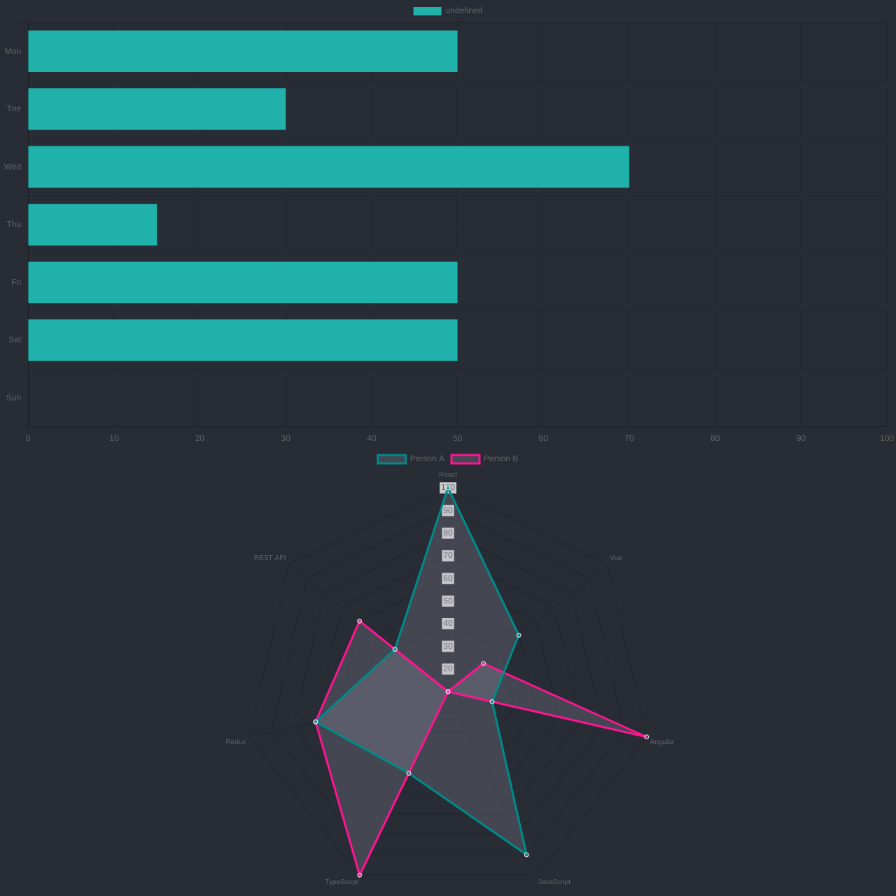
Repository: ShunsukeTanizaki/COVID19-Live
Page: /
An editor plug-in stored every save of this project. The page is shown before and after the next save, followed by the edit.
The browser window is 1280 px wide. The pictures show the part of the page from y = 2560 to 4480 px (the page is 3840 px tall before and 4480 px after), at 70% of full size.
The project was rebuilt for these pictures with package versions that can differ from the ones it lists, and the page was loaded fresh each time.

Above is the page before, as saved 2020-11-06 00:51:37.

After the next save:
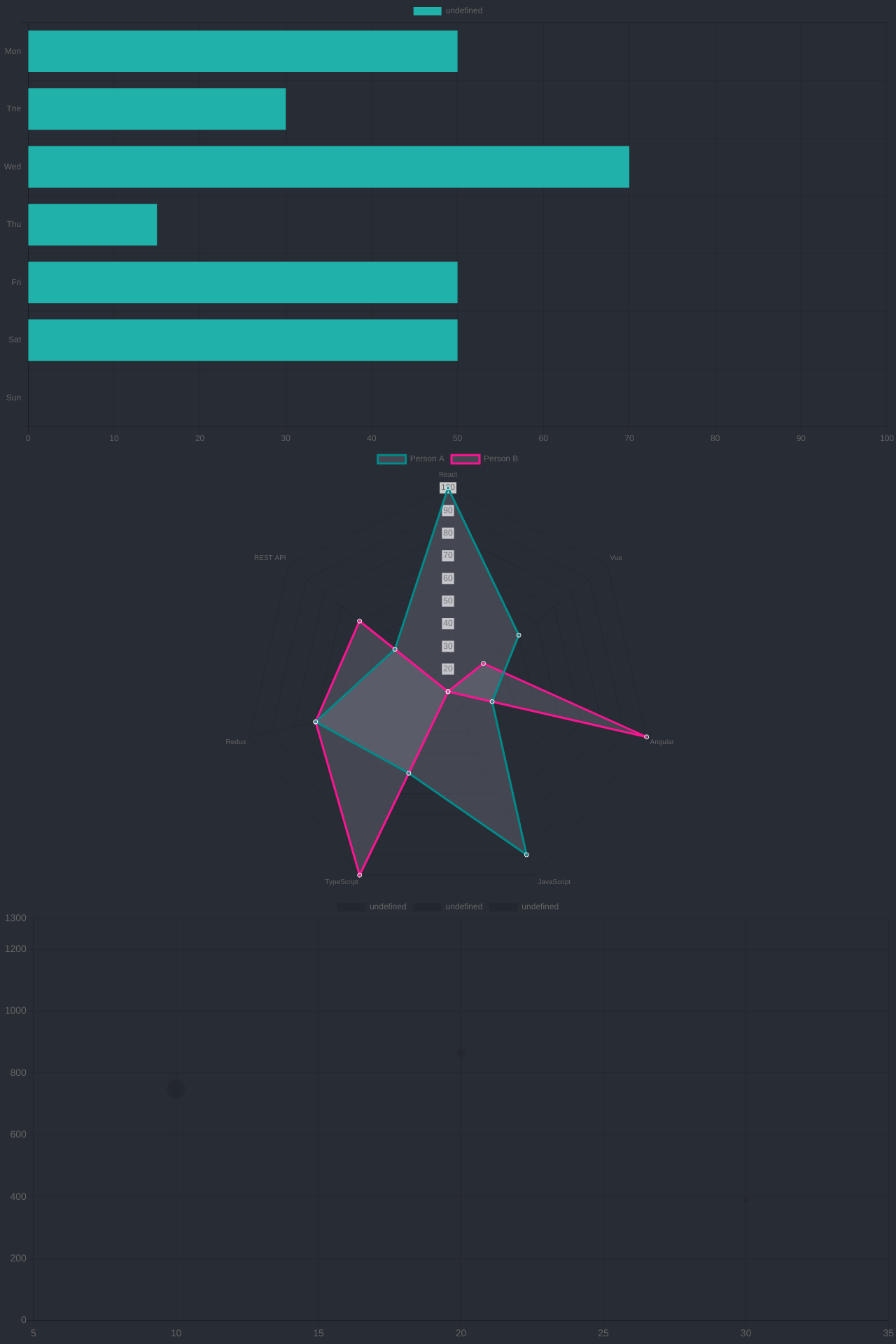
Saved 50 s later.
--- a/src/App.tsx
+++ b/src/App.tsx
@@ -5,6 +5,7 @@ import LinePlot from "./components/LinePlot";
 import PiePlot from "./components/PiePlot";
 import BarPlot from "./components/BarPlot";
 import RaderPlot from "./components/RaderPlot";
+import BubblePlot from "./components/BubblePlot";
 
 function App() {
     return (
@@ -13,6 +14,7 @@ function App() {
             <PiePlot />
             <BarPlot />
             <RaderPlot />
+            <BubblePlot />
         </div>
     );
 }
